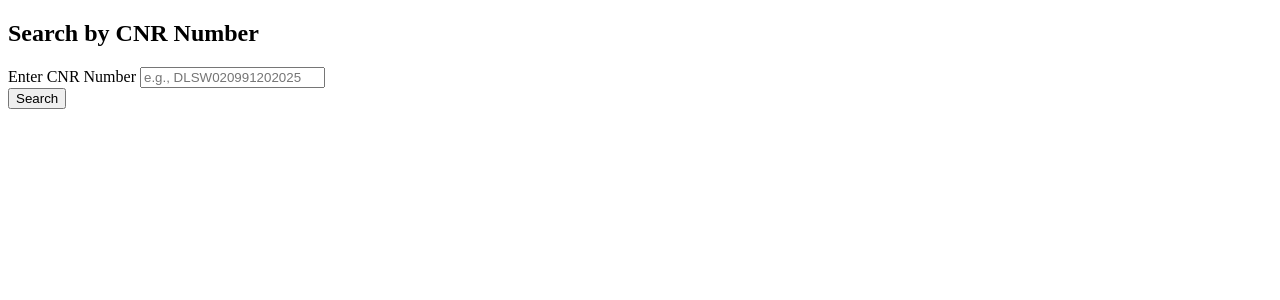
Repository: moatazbenma/Internship_task
Page: http://localhost/
The author's editor kept a copy of each file at every save. The page is drawn from the files as they stood at one save, then again after a run of saves.
The browser window is 1280 px wide. The pictures show the whole page.
The page is served by the project's application, run on Django 5.2 (court_project/manage.py). Other server files are loaded and not shown.

Above is the page before, as saved 2025-08-03 04:09:10.

### court_projects/court_project/case_search/templates/case_search/search_form.html
{% load static %}
<!DOCTYPE html>
<html lang="en">
<head>
    <meta charset="UTF-8">
    <title>Case Search</title>
</head>
<body>
<div class="container mt-5">
    <h2 class="mb-4">Search by CNR Number</h2>

    {% if messages %}
        {% for message in messages %}
            <div class="alert alert-{{ message.tags }} alert-dismissible fade show" role="alert">
                {{ message }}
                <button type="button" class="btn-close" data-bs-dismiss="alert" aria-label="Close"></button>
            </div>
        {% endfor %}
    {% endif %}

    <form method="get" action="{% url 'case_search:search' %}" id="searchForm">
        <div class="mb-3">
            <label for="cnr" class="form-label">Enter CNR Number</label>
            <input type="text" name="cnr" id="cnr" class="form-control"
                   placeholder="e.g., DLSW020991202025" required>
        </div>
        <button type="submit" class="btn btn-primary" id="submitBtn">Search</button>
    </form>
</div>

<script>
    const form = document.getElementById('searchForm');
    const btn = document.getElementById('submitBtn');

    form.addEventListener('submit', () => {
        btn.disabled = true;
        btn.innerHTML = `<span class="spinner-border spinner-border-sm me-2" role="status" aria-hidden="true"></span>Searching...`;
    });

    setTimeout(() => {
        const alerts = document.querySelectorAll(".alert");
        alerts.forEach(el => el.classList.remove("show"));
    }, 4000);
</script>
</body>
</html>

### court_projects/court_project/case_search/views.py
from django.shortcuts import render
from .scraper import scrape_case_details
from case_search.utils import save_scraped_data
from django.contrib import messages


def search_form(request):
    return render(request, 'case_search/search_form.html')

def search_view(request):
    cnr = request.GET.get("cnr", "").strip().upper()

    if not cnr or len(cnr) != 16:
        messages.error(request, "❌ Invalid CNR format. It must be exactly 16 characters long.")
        return render(request, "case_search/search_result.html")

    try:
        data = scrape_case_details(cnr)
    except Exception as e:
        messages.error(request, f"⚠️ Error occurred while fetching the case: {str(e)}")
        return render(request, "case_search/search_result.html")

    if not data:
        messages.error(request, f"❌ No case found for CNR: {cnr}. Please check the number and try again.")
        return render(request, "case_search/search_result.html")

    case = save_scraped_data(data)
    return render(request, "case_search/search_result.html", {"case": case})

### court_projects/court_project/court_project/urls.py
from django.contrib import admin
from django.urls import path, include

urlpatterns = [
    path('admin/', admin.site.urls),
    path('', include('case_search.urls', namespace='case_search')),  # 👈 This is crucial
]

### court_projects/court_project/case_search/urls.py
from django.urls import path
from . import views

app_name = 'case_search'  # Important for namespacing in templates

urlpatterns = [
    path('', views.search_form, name='search_form'),      # form at /
    path('results/', views.search_view, name='search'),         # handles GET & shows results
]

### court_projects/court_project/case_search/scraper.py
import requests
from bs4 import BeautifulSoup

BASE_URL = "https://districts.ecourtsindia.com/CNR/"

def scrape_case_details(cnr_number):
    url = f"{BASE_URL}{cnr_number}"
    response = requests.get(url)

    if response.status_code != 200:
        print(f"Failed to fetch data for {cnr_number}")
        return None

    soup = BeautifulSoup(response.text, "html.parser")

    try:
        card_body = soup.select_one('.info-card .card-body')
        columns = card_body.select('.col-md-6')

        left = columns[0].find_all('p')
        right = columns[1].find_all('p')

        cnr = left[0].text.split(":")[-1].strip()
        case_number = left[1].text.split(":")[-1].strip()
        parties = left[2].text.split(":")[-1].strip()
        filing_date = left[3].text.split(":")[-1].strip()
        registration_date = left[4].text.split(":")[-1].strip()

        court_name = right[0].text.split(":")[-1].strip()
        hearing_date = right[1].text.split(":")[-1].strip()
        status = right[2].text.split(":")[-1].strip()

        petitioner, respondent = parties.split("versus")

        orders = []
        timeline_items = soup.select('.timeline-item')

        for item in timeline_items:
            if 'marker-order' in item.select_one('.timeline-marker')['class']:
                order_date = item.select_one('.event-date').text.strip()
                summary = item.select_one('h6').text.strip()
                pdf_link_tag = item.select_one('a.btn-view-order')
                pdf_url = "https://districts.ecourtsindia.com" + pdf_link_tag['href']

                orders.append({
                    "date": order_date,
                    "summary": summary,
                    "pdf_url": pdf_url
                })

        return {
            "cnr": cnr,
            "case_number": case_number,
            "petitioner": petitioner.strip(),
            "respondent": respondent.strip(),
            "filing_date": filing_date,
            "registration_date": registration_date,
            "hearing_date": hearing_date,
            "court_name": court_name,
            "status": status,
            "orders": orders,
            "raw_html": response.text,
        }

    except Exception as e:
        print(f"Error during parsing: {e}")
        return None

After the next 2 saves:
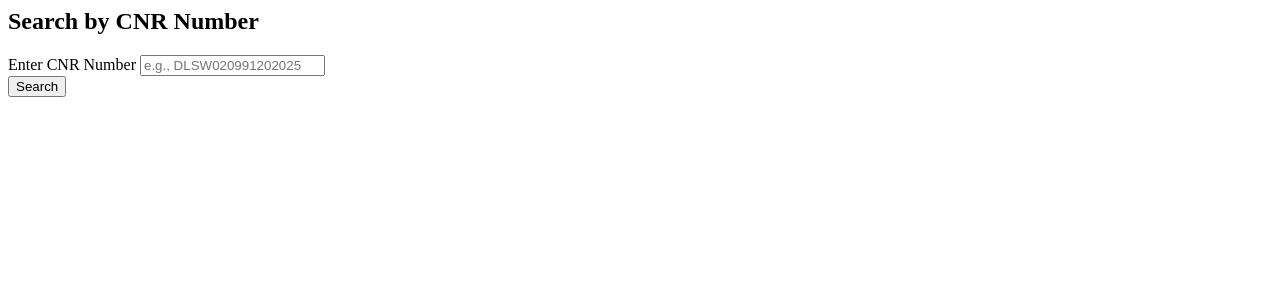
The 2 saves are shown as one change because they came seconds apart.
The last was saved 9 s later.
--- a/court_projects/court_project/case_search/templates/case_search/search_form.html
+++ b/court_projects/court_project/case_search/templates/case_search/search_form.html
@@ -1,11 +1,8 @@
-{% load static %}
-<!DOCTYPE html>
-<html lang="en">
-<head>
-    <meta charset="UTF-8">
-    <title>Case Search</title>
-</head>
-<body>
+
+
+
+
+
 <div class="container mt-5">
     <h2 class="mb-4">Search by CNR Number</h2>
 
@@ -42,5 +39,3 @@
         alerts.forEach(el => el.classList.remove("show"));
     }, 4000);
 </script>
-</body>
-</html>
